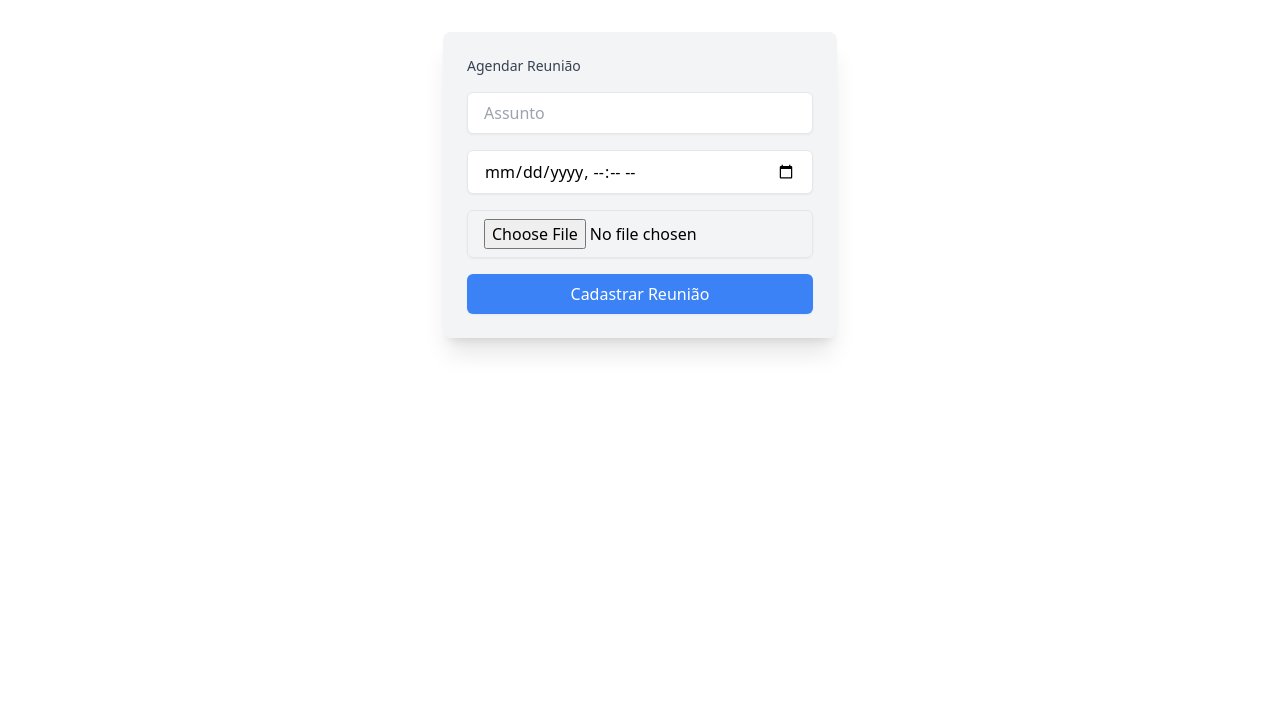
Repository: TamiBeira/meeting
Page: /
These files come from the project's save history. The page is drawn as it stood at one moment and after the next save; the edit follows.
The browser window is 1280 px wide. The pictures show the whole page.
An inner scrolling area shows only its first screen. The project was rebuilt for these pictures with package versions that can differ from the ones it lists, and the page was loaded fresh each time. Also part of the build but not shown: vite.config.ts.

Above is the page before, as saved 2024-02-26 11:20:39.

After the next save:
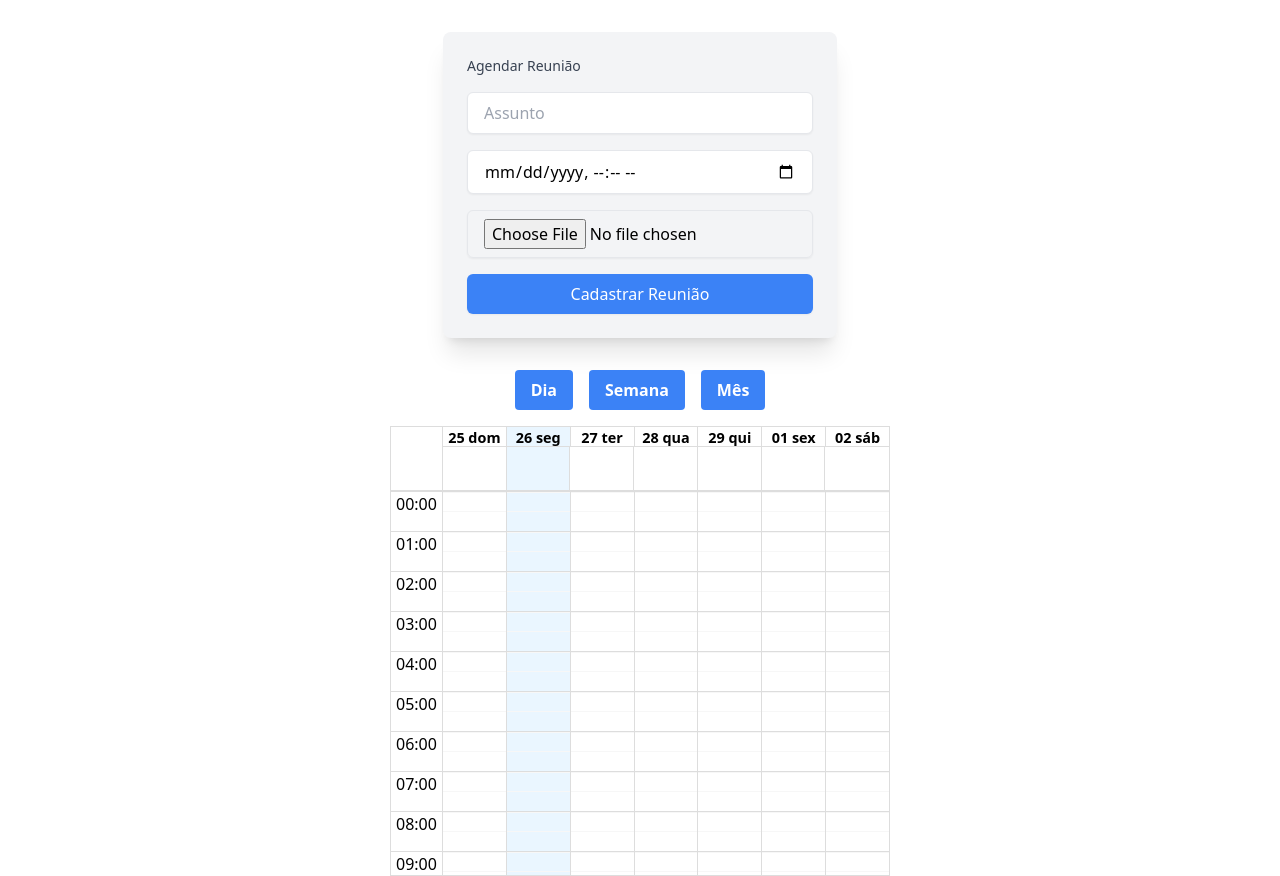
Saved 54 s later.
--- a/src/app.tsx
+++ b/src/app.tsx
@@ -1,9 +1,11 @@
 import { Form } from "./components/Form"
+import { Calendar } from "./components/Calendar"
 
 export function App() {
   return(
     <main>
       <Form />
+      <Calendar />
     </main>
   )
 }
